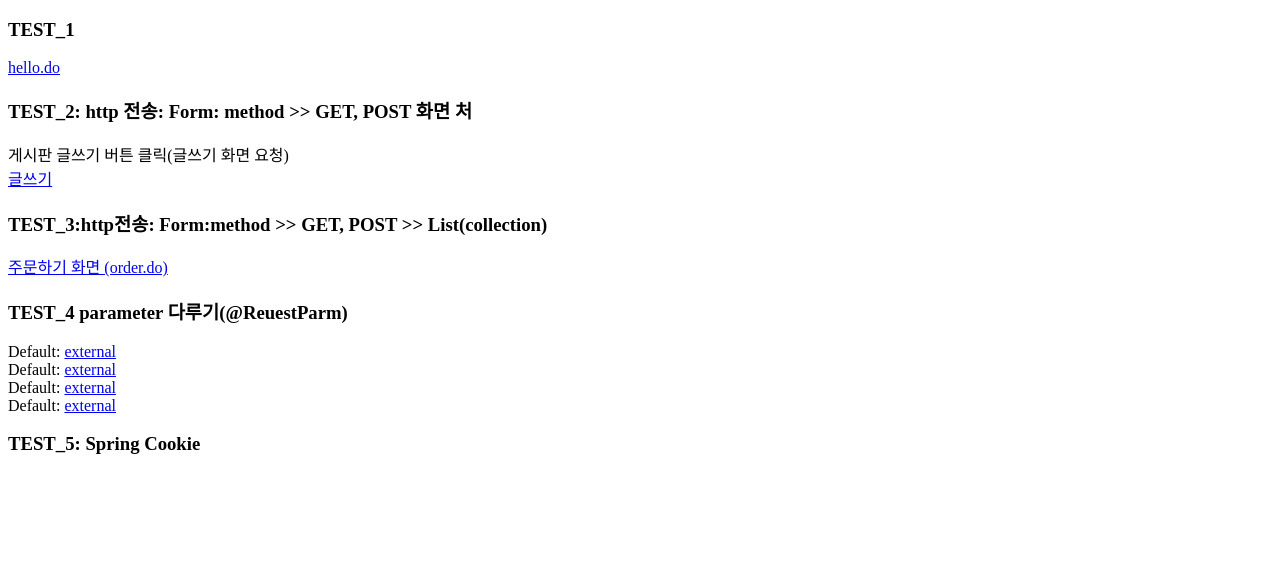
Repository: Ahn-Seung-ju/SpringLab
Page: SpringMVC_Basic03_Annotation/src/main/webapp/main.html
These files come from the project's save history. The page is drawn as it stood at one moment and after the next save; the edit follows.
The browser window is 1280 px wide. The pictures show the whole page.

Above is the page before, as saved 2021-05-06 03:39:31.

### SpringMVC_Basic03_Annotation/src/main/webapp/main.html
<!DOCTYPE html>
<html>
<head>
<meta charset="UTF-8">
<title>SpringWeb Annotation 연습하기</title>
</head>
<body>
	<h3>TEST_1</h3>
	<a href ="hello.do">hello.do</a>

	<h3>TEST_2: http 전송: Form: method >> GET, POST 화면 처</h3>
	게시판 글쓰기 버튼 클릭(글쓰기 화면 요청)<br>
	<a href = "article/newArticle.do">글쓰기</a>

	<h3>TEST_3:http전송: Form:method >> GET, POST >> List(collection)</h3>
	<a href = "order/order.do">주문하기 화면 (order.do)</a>

	<h3>TEST_4 parameter 다루기(@ReuestParm)</h3>
	Default: <a href = "search/external.do">external</a><br>
	Default: <a href = "search/external.do?p">external</a><br>
	Default: <a href = "search/external.do?query=100">external</a><br>
	Default: <a href = "search/external.do?p=200">external</a><br>

	<h3>TEST_5: Spring Cookie</h3>
</body>
</html>

After the next save:
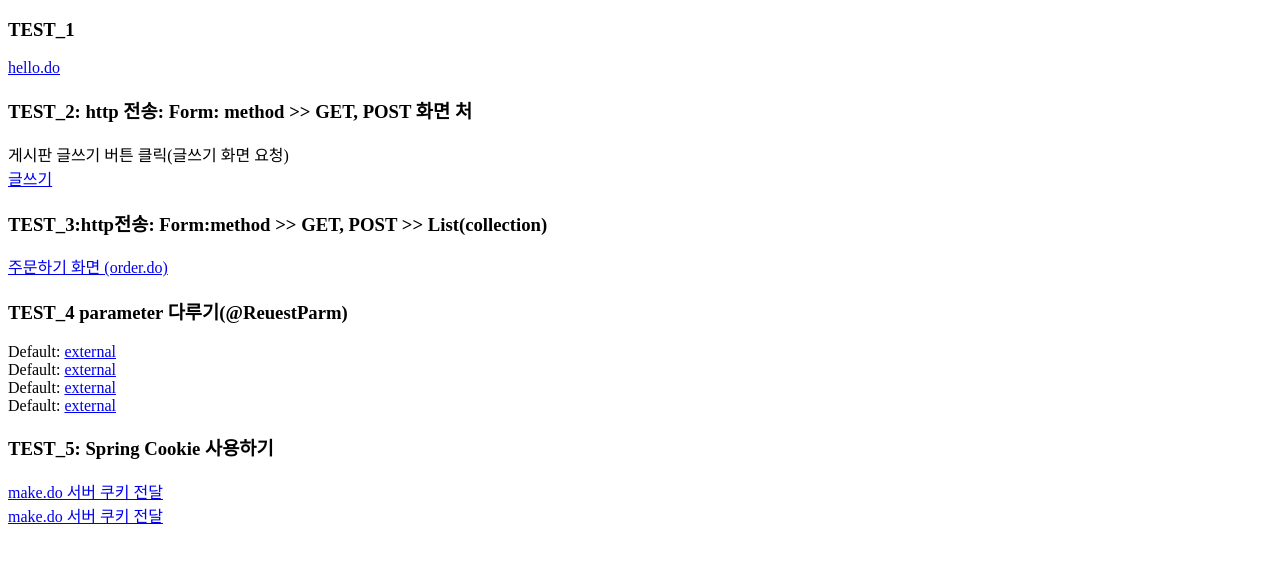
Saved 57 s later.
--- a/SpringMVC_Basic03_Annotation/src/main/webapp/main.html
+++ b/SpringMVC_Basic03_Annotation/src/main/webapp/main.html
@@ -21,6 +21,9 @@
 	Default: <a href = "search/external.do?query=100">external</a><br>
 	Default: <a href = "search/external.do?p=200">external</a><br>
 
-	<h3>TEST_5: Spring Cookie</h3>
+	<h3>TEST_5: Spring Cookie 사용하기</h3>
+	<a href = "cookie/make.do">make.do 서버 쿠키 전달</a><br>
+	<a href = "cookie/view.do">make.do 서버 쿠키 전달</a><br>
+
 </body>
 </html>
